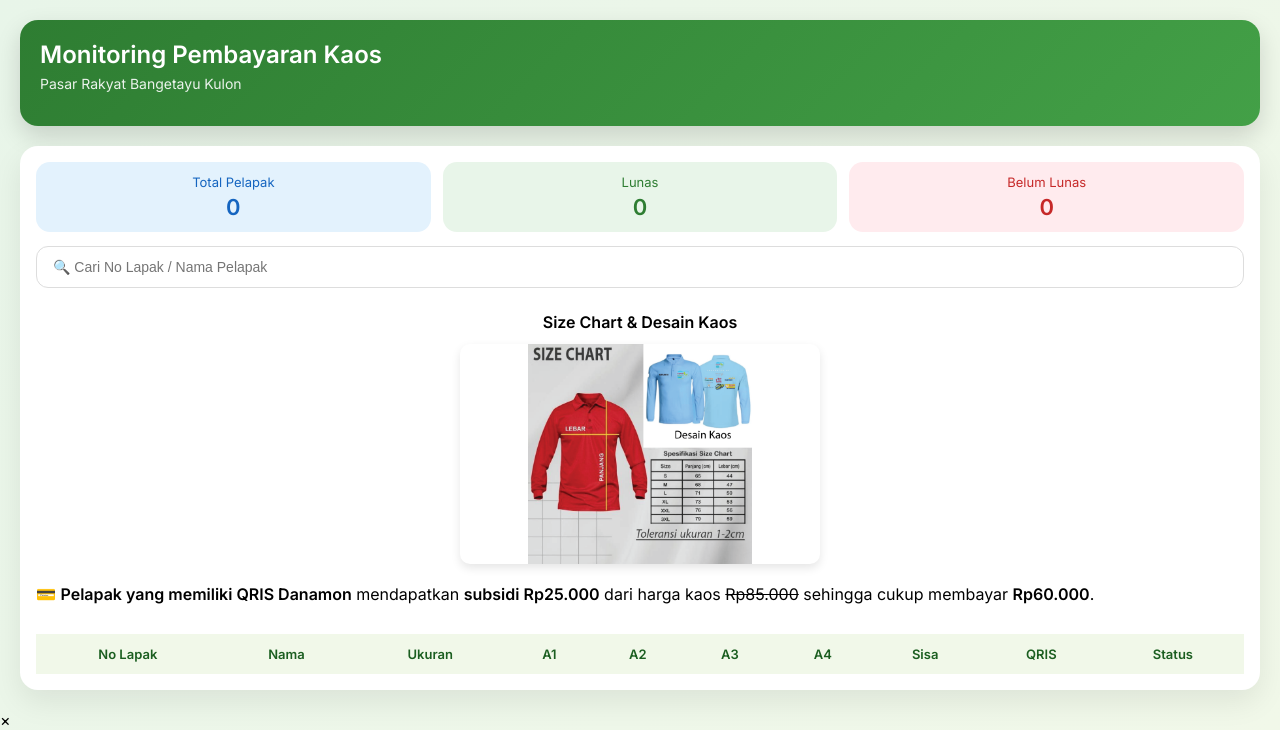
Repository: pasarrakyatbak/monitoringpembayarankaos
Page: index.html
An editor plug-in stored every save of this project. The page is shown before and after a run of saves, followed by the edit.
The browser window is 1280 px wide. The pictures show the whole page.
The page's requests for data from a server got no answer.

Above is the page before, as saved 2026-01-04 14:25:46.

### index.html
<!DOCTYPE html>
<html lang="id">

<head>
    <meta charset="UTF-8">
    <meta name="viewport" content="width=device-width, initial-scale=1.0">
    <title>Monitoring Pembayaran Kaos</title>

    <!-- FONT -->
    <link rel="preconnect" href="https://fonts.googleapis.com">
    <link rel="preconnect" href="https://fonts.gstatic.com" crossorigin>
    <link href="https://fonts.googleapis.com/css2?family=Inter:wght@400;500;600&display=swap" rel="stylesheet">

    <link rel="stylesheet" href="style.css">
</head>

<body>

    <div class="app">

        <!-- HEADER -->
        <header class="header">
            <h1>Monitoring Pembayaran Kaos</h1>
            <p>Pasar Rakyat Bangetayu Kulon</p>
        </header>

        <!-- CARD -->
        <div class="card">

            <!-- RINGKASAN -->
            <div class="summary" id="summary">
                <div class="summary-card total">
                    <span>Total Pelapak</span>
                    <strong id="totalPelapak">0</strong>
                </div>
                <div class="summary-card lunas">
                    <span>Lunas</span>
                    <strong id="totalLunas">0</strong>
                </div>
                <div class="summary-card belum">
                    <span>Belum Lunas</span>
                    <strong id="totalBelum">0</strong>
                </div>
            </div>

            <!-- TOOLBAR -->
            <div class="toolbar">
                <input type="text" id="searchInput" placeholder="🔍 Cari No Lapak / Nama Pelapak">
            </div>

            <!-- ====== SECTION GAMBAR KAOS ====== -->
            <section class="kaos-section">
                <h2>Size Chart & Desain Kaos</h2>

                <div class="kaos-image-wrapper">
                    <img src="assets/img/kaos.png" alt="Size Chart dan Desain Kaos" class="kaos-image" id="kaosImage">
                </div>
            </section>
            <!-- ===== INFO SUBSIDI QRIS ===== -->
            <div class="qris-info">
                <p>
                    💳 <strong>Pelapak yang memiliki QRIS Danamon</strong> mendapatkan
                    <strong>subsidi Rp25.000</strong> dari harga kaos
                    <del>Rp85.000</del> sehingga cukup membayar
                    <strong>Rp60.000</strong>.
                </p>
            </div>
            <!-- DESKTOP TABLE -->
            <div class="desktop-view">
                <table>
                    <thead>
                        <tr>
                            <th>No Lapak</th>
                            <th>Nama</th>
                            <th>Ukuran</th>
                            <th>A1</th>
                            <th>A2</th>
                            <th>A3</th>
                            <th>A4</th>
                            <th>Sisa</th>
                            <th>QRIS</th>
                            <th>Status</th>
                        </tr>
                    </thead>
                    <tbody id="tableBody"></tbody>
                </table>
            </div>

            <!-- MOBILE CARD -->
            <div class="mobile-view" id="cardContainer"></div>

        </div>
    </div>

    <!-- ===== MODAL ZOOM GAMBAR ===== -->
    <div class="image-modal hidden" id="imageModal">
        <span class="close">&times;</span>
        <img class="modal-content" id="modalImg">
    </div>

    <!-- ===== LOADING OVERLAY ===== -->
    <div id="loadingOverlay" class="loading-overlay hidden">
        <div class="spinner"></div>
        <p>Memuat data...</p>
    </div>
    <script src="script.js"></script>
    <!-- LOADING OVERLAY -->
    <div id="loadingOverlay" class="loading-overlay hidden">
        <div class="spinner"></div>
        <p>Memuat data...</p>
    </div>
</body>

</html>

### style.css
* {
  box-sizing: border-box;
}

body {
  margin: 0;
  font-family: 'Inter', sans-serif;
  background: linear-gradient(135deg, #e8f5e9, #f1f8e9);
}

.app {
  max-width: 1400px;
  margin: auto;
  padding: 20px;
}

/* ================= HEADER ================= */
.header {
  background: linear-gradient(135deg, #2e7d32, #43a047);
  color: #fff;
  padding: 20px;
  border-radius: 18px;
  box-shadow: 0 10px 25px rgba(0, 0, 0, .15);
}

.header h1 {
  margin: 0;
  font-size: 24px;
}

.header p {
  margin-top: 6px;
  opacity: .9;
  font-size: 14px;
}

/* ================= CARD ================= */
.card {
  margin-top: 20px;
  background: #fff;
  border-radius: 18px;
  padding: 16px;
  box-shadow: 0 12px 30px rgba(0, 0, 0, .08);
}

/* ================= SUMMARY ================= */
.summary {
  display: grid;
  grid-template-columns: repeat(3, 1fr);
  gap: 12px;
  margin-bottom: 14px;
}

.summary-card {
  background: #f5f5f5;
  border-radius: 14px;
  padding: 12px;
  text-align: center;
  font-size: 13px;
}

.summary-card strong {
  display: block;
  font-size: 22px;
  margin-top: 4px;
}

.summary-card.total {
  background: #e3f2fd;
  color: #1565c0;
}

.summary-card.lunas {
  background: #e8f5e9;
  color: #2e7d32;
}

.summary-card.belum {
  background: #ffebee;
  color: #c62828;
}

/* ================= TOOLBAR ================= */
.toolbar input {
  width: 100%;
  padding: 12px 16px;
  border-radius: 12px;
  border: 1px solid #ddd;
  font-size: 14px;
}

.toolbar input:focus {
  outline: none;
  border-color: #2e7d32;
}

/* ================= TABLE ================= */
.desktop-view {
  overflow-x: auto;
}

table {
  width: 100%;
  border-collapse: collapse;
  margin-top: 14px;
  min-width: 1000px;
}

thead th {
  background: #f1f8e9;
  color: #1b5e20;
  padding: 12px;
  font-size: 13px;
  position: sticky;
  top: 0;
}

tbody td {
  padding: 12px;
  font-size: 13px;
  text-align: center;
  border-bottom: 1px solid #eee;
}

tbody tr:hover {
  background: #fafafa;
}

/* 🔴 AUTO MERAH BELUM LUNAS */
tr.belum-lunas {
  background: #ffebee !important;
}

tr.belum-lunas:hover {
  background: #ffcdd2 !important;
}

/* ================= BADGE ================= */
.badge {
  padding: 4px 10px;
  border-radius: 20px;
  font-size: 12px;
  font-weight: 600;
}

.badge-lunas {
  background: #e8f5e9;
  color: #2e7d32;
}

.badge-belum {
  background: #fff3e0;
  color: #ef6c00;
}

.badge-yes {
  background: #e3f2fd;
  color: #1565c0;
}

.badge-no {
  background: #fce4ec;
  color: #c2185b;
}

/* ================= MOBILE CARD ================= */
.mobile-view {
  display: none;
  margin-top: 16px;
  gap: 14px;
}

.pelapak-card {
  background: #fff;
  border-radius: 16px;
  padding: 14px;
  box-shadow: 0 8px 20px rgba(0, 0, 0, .08);
  border-left: 6px solid #2e7d32;
}

/* 🔴 CARD MERAH BELUM LUNAS */
.pelapak-card.belum-lunas {
  border-left-color: #c62828;
  background: #fff5f5;
}

.pelapak-header {
  display: flex;
  justify-content: space-between;
  align-items: center;
}

.lapak {
  font-weight: 600;
  color: #1b5e20;
}

.nama {
  font-size: 13px;
  color: #555;
}

.pelapak-body {
  margin-top: 10px;
  display: grid;
  grid-template-columns: repeat(2, 1fr);
  gap: 8px;
}

.item {
  background: #f1f8e9;
  border-radius: 10px;
  padding: 8px;
  text-align: center;
  font-size: 12px;
}

.item span {
  display: block;
  font-size: 11px;
  color: #666;
}

.summary {
  display: grid;
  grid-template-columns: repeat(3, 1fr);
  gap: 12px;
  margin-bottom: 14px;
}

.summary-card {
  border-radius: 14px;
  padding: 12px;
  text-align: center;
  font-size: 13px;
}

.summary-card strong {
  display: block;
  font-size: 22px;
  margin-top: 4px;
}

.summary-card.total {
  background: #e3f2fd;
  color: #1565c0;
}

.summary-card.lunas {
  background: #e8f5e9;
  color: #2e7d32;
}

.summary-card.belum {
  background: #ffebee;
  color: #c62828;
}

/* ================= LOADING ================= */
.loading-overlay {
  position: fixed;
  top: 0;
  left: 0;
  width: 100%;
  height: 100%;
  background: rgba(255, 255, 255, 0.85);
  display: flex;
  flex-direction: column;
  align-items: center;
  justify-content: center;
  z-index: 9999;
  backdrop-filter: blur(4px);
}

.loading-overlay p {
  margin-top: 12px;
  font-size: 14px;
  color: #2e7d32;
  font-weight: 500;
}

.loading-overlay.hidden {
  display: none;
}

.spinner {
  width: 48px;
  height: 48px;
  border: 5px solid #e0e0e0;
  border-top: 5px solid #2e7d32;
  border-radius: 50%;
  animation: spin 1s linear infinite;
}

@keyframes spin {
  to {
    transform: rotate(360deg);
  }
}

/* =============================
   SECTION GAMBAR KAOS
============================= */
.kaos-section {
  margin-top: 24px;
  text-align: center;
}

.kaos-section h2 {
  font-size: 16px;
  font-weight: 600;
  margin-bottom: 12px;
}

/* WRAPPER */
.kaos-image-wrapper {
  max-width: 360px;
  /* BATAS LEBAR */
  margin: 0 auto;
}

/* GAMBAR */
.kaos-image {
  width: 100%;
  max-height: 220px;
  /* BATAS TINGGI */
  object-fit: contain;
  border-radius: 10px;
  box-shadow: 0 4px 10px rgba(0, 0, 0, .1);
}

/* TEKS HINT */
.hint {
  font-size: 12px;
  color: #777;
  margin-top: 6px;
}

/* =============================
   RESPONSIVE DESKTOP
============================= */
/* ================= RESPONSIVE ================= */
@media (max-width: 768px) {
  .summary {
    grid-template-columns: 1fr;
  }

  .kaos-image-wrapper {
    max-width: 420px;
  }

  .kaos-image {
    max-height: 260px;
  }

  .desktop-view {
    display: none;
  }

  .mobile-view {
    display: grid;
    grid-template-columns: 1fr;
    gap: 16px;
  }

  .summary {
    grid-template-columns: 1fr;
  }

  .lapak {
    font-size: 16px;
  }

  .nama {
    font-size: 14px;
  }

  .pelapak-body {
    font-size: 13px;
  }

  .item.full {
    grid-column: span 2;
  }

  .item strong {
    font-weight: 600;
    color: #2e7d32;
  }
}

### script.js
const API_URL = "https://script.google.com/macros/s/AKfycby4z2qZ24SrJkcyGpybH29lSUC_3_z1LG-7wSmTzpaOEXrwjXf0Cl3hqkg95qAxPj1-/exec";

let allData = [];

document.addEventListener('DOMContentLoaded', () => {
    const searchInput = document.getElementById('searchInput');
    const tableBody = document.getElementById('tableBody');
    const cardContainer = document.getElementById('cardContainer');

    const loadingOverlay = document.getElementById('loadingOverlay');

    // =============================
    // LOADING HELPER
    // =============================
    function showLoading() {
        loadingOverlay.classList.remove('hidden');
    }

    function hideLoading() {
        loadingOverlay.classList.add('hidden');
    }

    // =============================
    // LOAD DATA
    // =============================
    async function loadData() {
        try {
            showLoading();

            const res = await fetch(API_URL + "?action=list");
            const data = await res.json();

            allData = data;
            renderAll(data);
            renderSummary(data);

        } catch (err) {
            console.error(err);
            alert("Gagal memuat data");
        } finally {
            hideLoading();
        }
    }

    // =============================
    // SUMMARY
    // =============================
    function renderSummary(data) {
        const totalPelapak = data.length;
        const totalLunas = data.filter(d => d.lunas).length;
        const totalBelum = totalPelapak - totalLunas;

        document.getElementById('totalPelapak').textContent = totalPelapak;
        document.getElementById('totalLunas').textContent = totalLunas;
        document.getElementById('totalBelum').textContent = totalBelum;
    }

    // =============================
    // RENDER ALL
    // =============================
    function renderAll(data) {
        renderTable(data);
        renderCard(data);
    }

    // =============================
    // TABLE (DESKTOP)
    // =============================
    function renderTable(data) {
        tableBody.innerHTML = '';

        data.forEach((row, index) => {
            const statusText = row.lunas ? 'Lunas' : 'Belum';
            const statusBadge = row.lunas ? 'badge-lunas' : 'badge-belum';
            const rowClass = row.lunas ? '' : 'belum-lunas';

            tableBody.innerHTML += `
        <tr class="${rowClass}">
          <td>${row.noLapak}</td>
          <td>${row.nama}</td>
          <td>${row.ukuran}</td>
          <td>${row.a1}</td>
          <td>${row.a2}</td>
          <td>${row.a3}</td>
          <td>${row.a4}</td>
          <td>Rp ${Number(row.total).toLocaleString('id-ID')}</td>
          <td>
            <input type="checkbox" ${row.qris ? 'checked' : ''} data-index="${index}">
          </td>
          <td>
            <span class="badge ${statusBadge}">${statusText}</span>
          </td>
        </tr>
      `;
        });
    }

    // =============================
    // CARD (MOBILE)
    // =============================
    function renderCard(data) {
        cardContainer.innerHTML = '';

        data.forEach((row, index) => {
            const statusText = row.lunas ? 'Lunas' : 'Belum';
            const statusBadge = row.lunas ? 'badge-lunas' : 'badge-belum';
            const cardClass = row.lunas ? '' : 'belum-lunas';

            cardContainer.innerHTML += `
        <div class="pelapak-card ${cardClass}">
          <div class="pelapak-header">
            <div>
              <div class="lapak">Lapak ${row.noLapak}</div>
              <div class="nama">${row.nama}</div>
            </div>
            <span class="badge ${statusBadge}">${statusText}</span>
          </div>

          <div class="pelapak-body">
            <div class="item"><span>Ukuran</span><strong>${row.ukuran}</strong></div>
            <div class="item">
              <span>QRIS</span>
              <input type="checkbox" ${row.qris ? 'checked' : ''} data-index="${index}">
            </div>
            <div class="item"><span>A1</span><strong>${row.a1}</strong></div>
            <div class="item"><span>A2</span><strong>${row.a2}</strong></div>
            <div class="item"><span>A3</span><strong>${row.a3}</strong></div>
            <div class="item"><span>A4</span><strong>${row.a4}</strong></div>
            <div class="item full">
              <span>Total</span>
              <strong>Rp ${Number(row.total).toLocaleString('id-ID')}</strong>
            </div>
          </div>
        </div>
      `;
        });
    }

    // =============================
    // UPDATE QRIS (WITH LOADING)
    // =============================
    document.body.addEventListener('change', async (e) => {
        if (e.target.type === 'checkbox' && e.target.dataset.index !== undefined) {
            const index = e.target.dataset.index;

            try {
                showLoading();

                const formData = new FormData();
                formData.append("action", "updateQRIS");
                formData.append("index", index);
                formData.append("qris", e.target.checked ? "true" : "false");

                await fetch(API_URL, {
                    method: "POST",
                    body: formData
                });

                await loadData();
            } catch (err) {
                console.error(err);
                alert("Gagal update data");
            } finally {
                hideLoading();
            }
        }
    });

    // =============================
    // SEARCH
    // =============================
    searchInput.addEventListener('keyup', () => {
        const keyword = searchInput.value.toLowerCase();

        const filtered = allData.filter(item =>
            item.noLapak.toString().includes(keyword) ||
            item.nama.toLowerCase().includes(keyword)
        );

        renderAll(filtered);
        renderSummary(filtered);
    });

    // INIT
    loadData();
});

After the next 2 saves:
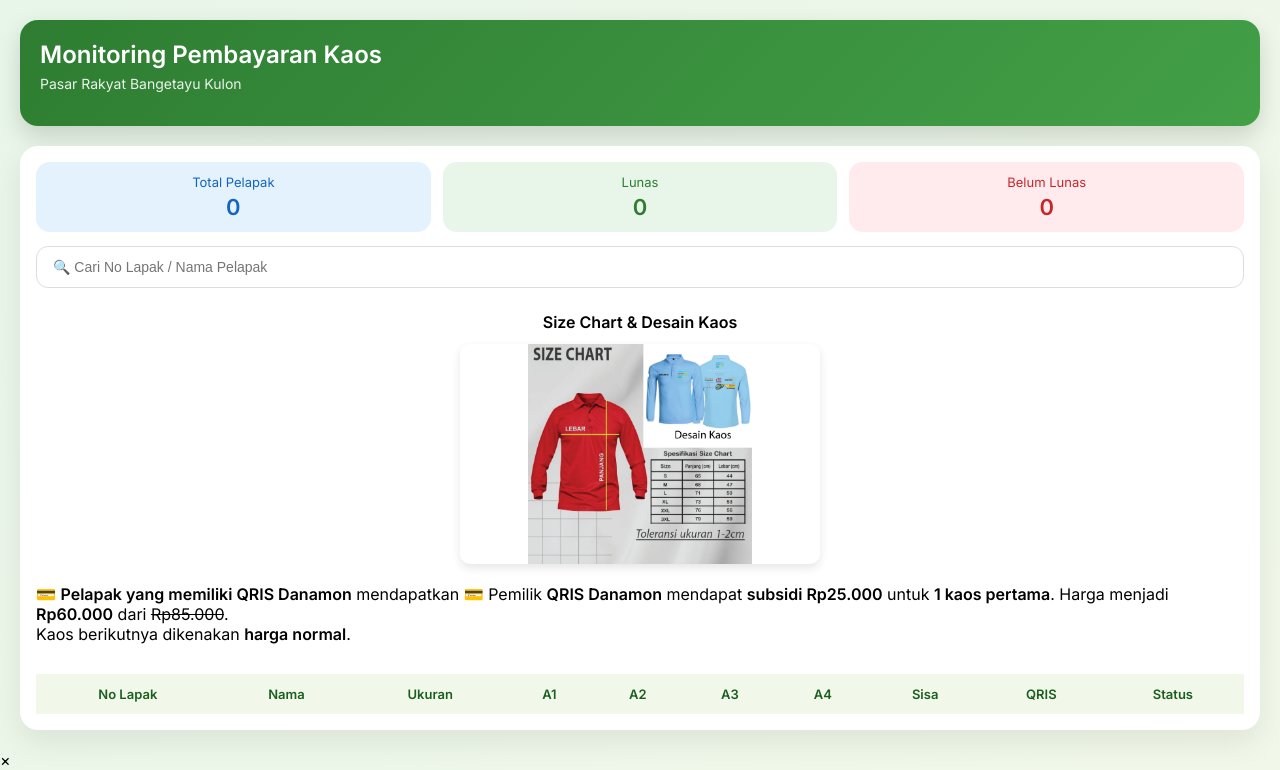
The 2 saves are shown as one change because they came seconds apart.
The last was saved 81 s later.
--- a/index.html
+++ b/index.html
@@ -60,9 +60,13 @@
             <div class="qris-info">
                 <p>
                     💳 <strong>Pelapak yang memiliki QRIS Danamon</strong> mendapatkan
-                    <strong>subsidi Rp25.000</strong> dari harga kaos
-                    <del>Rp85.000</del> sehingga cukup membayar
-                    <strong>Rp60.000</strong>.
+                    💳 Pemilik <strong>QRIS Danamon</strong> mendapat
+                    <strong>subsidi Rp25.000</strong> untuk
+                    <strong>1 kaos pertama</strong>.
+                    Harga menjadi <strong>Rp60.000</strong> dari
+                    <del>Rp85.000</del>.
+                    <br>
+                    Kaos berikutnya dikenakan <strong>harga normal</strong>.
                 </p>
             </div>
             <!-- DESKTOP TABLE -->
